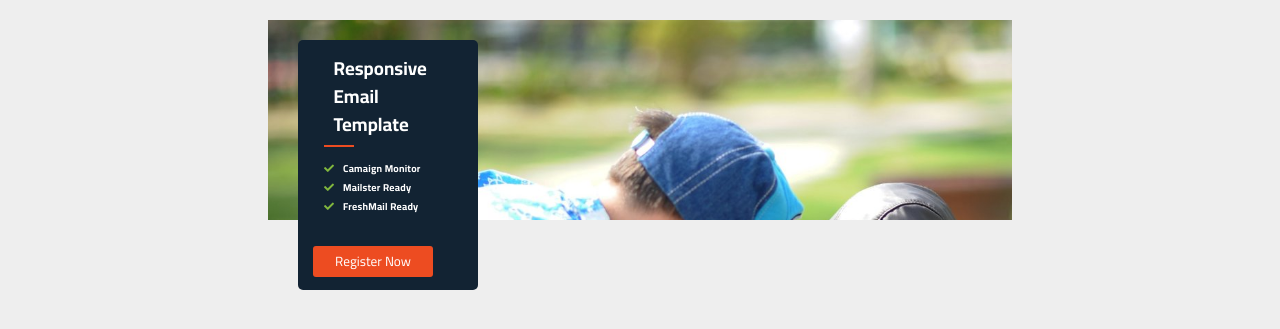
Repository: Z-ayat/Challenges
Page: Challenge 3/index.html
These files come from the project's save history. The page is drawn as it stood at one moment and after the next save; the edit follows.
The browser window is 1280 px wide. The pictures show the whole page.

Above is the page before, as saved 2021-09-04 01:06:06.

After the next save:
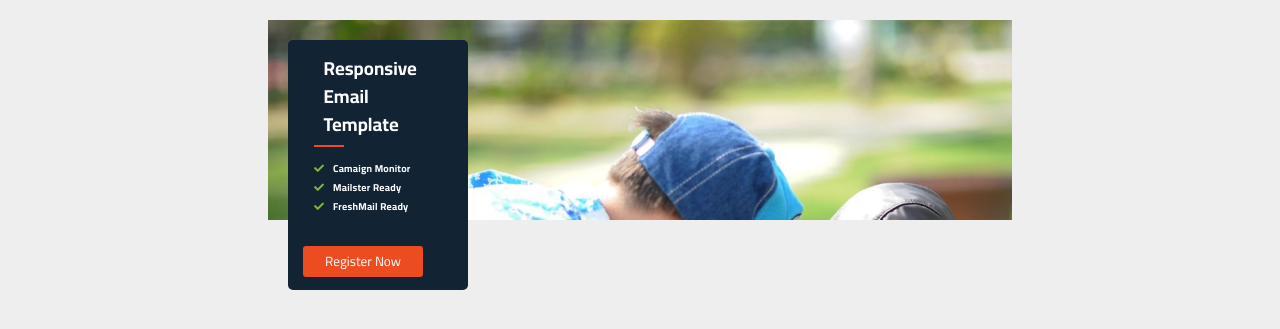
Saved 6 s later.
--- a/Challenge 3/styling/css/master.css
+++ b/Challenge 3/styling/css/master.css
@@ -58,7 +58,7 @@ div {
 
 .pop {
     position: absolute;
-    left: 30px;
+    left: 20px;
     top: 20px;
     padding-top: 5px;
     padding-left: 15px;
